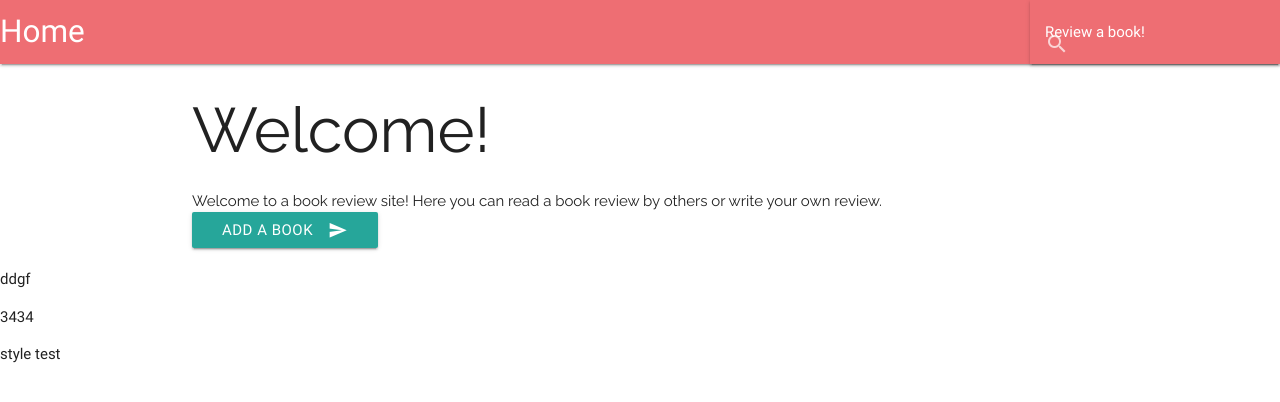
Repository: h8130084/bookReview
Page: http://localhost/
The author's editor kept a record of every edit. The page is drawn from the files as they stood at one moment, then again after the next edit.
The browser window is 1280 px wide. The pictures show the whole page.
Some web libraries are served in a nearby version. The page is served by the project's application, run on Flask 3 (app.py). Queries for data that is not in the repository find no rows.

Above is the page before.
Console error: ReferenceError: M is not defined

After the next edit:
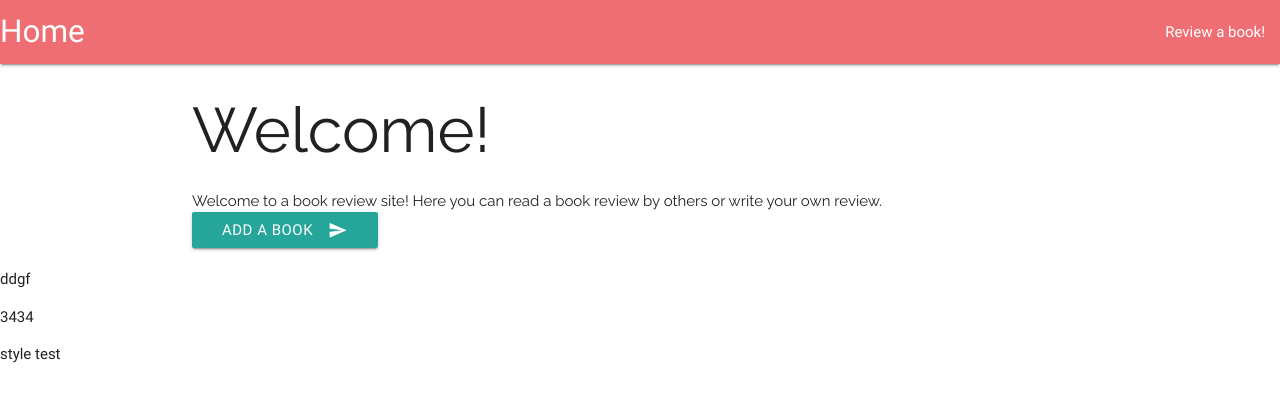
The edit:
--- a/templates/base.html
+++ b/templates/base.html
@@ -22,17 +22,7 @@
                 <ul id="nav-mobile" class="right">
                     <li><a href="{{url_for('add_book')}}">Review a book!</a></li>
 
-                <nav>
-                    <div class="nav-wrapper">
-                        <form>
-                            <div class="input-field">
-                                <input id="search" type="search" required>
-                                <label class="label-icon" for="search"><i class="material-icons">search</i></label>
-                                <i class="material-icons">close</i>
-                            </div>
-                        </form>
-                    </div>
-                </nav>
+
             </div>
         </nav>
     </header>
